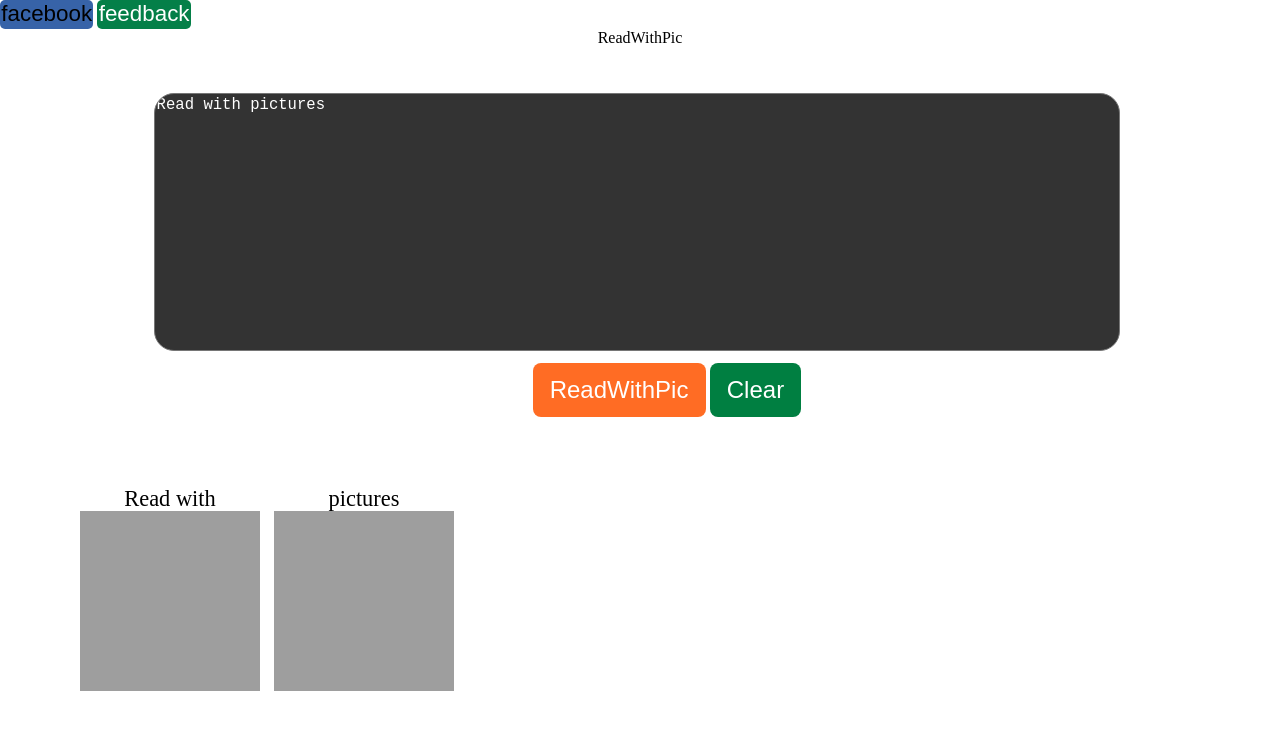
Repository: readwithpic/readwithpic.github.io
Page: index.html
The author's editor kept a record of every edit. The page is drawn from the files as they stood at one moment, then again after the next edit.
The browser window is 1280 px wide. The pictures show the whole page.
Pictures or frames that could not be fetched are drawn as grey boxes. Some web libraries are served in a nearby version.

Above is the page before.
Console error: TypeError: Cannot read properties of undefined (reading 'length')

### index.html
<!DOCTYPE html>
<html>
    <head>
        <meta charset="utf-8">
        <link rel="stylesheet" type="text/css" href="style.css" />
        <script src="https://ajax.googleapis.com/ajax/libs/jquery/2.1.3/jquery.min.js"></script>
        <script type="text/javascript" src="jscript.js"></script>
    </head>

    <body>
        <!-- <button type="button" id="feedback">Feedback</button>-->
        <!--Facebook Code-->
         <div class="social">
               <button type="button" class="facebook"><a href="http://readwithpic.github.io" class="bLink">facebook</a></button>
               <button type="button" class="feedback">feedback</button>
         </div>
        <div class="logo"><a href="http://readwithpic.github.io">ReadWithPic</a></div>
        <div id="textBox">
               <div>
                      <button type="button" id="roundB"><p class="msg">C..</p></button>
                      <button type="button" id="closeB"><p class="msg">X</p></button>
               </div>

                <div>
                    <textarea rows="10" cols="80" id="textInput" name="texthere">Read with pictures</textarea>
                </div>

                <div class="mainGroup">
                    <div class="group">
                        <div id="buttonSpin">
                            <div class="spinner">
                                <div class="bounce1"></div>
                                <div class="bounce2"></div>
                                <div class="bounce3"></div>
                            </div>
                        </div>
                         <button type="button" id="convert" >ReadWithPic</button>
                        <button type="button" id="clear">Clear</button>
                    </div>
                </div>
        </div>

        <div class="front">
            <ul>
                  <li class="showIt"><figure><img src="http://www.auburn.edu/academic/education/reading_genie/navig/read.gif" height=180 width=180>
                    <figcaption><p class='withPic'>Read with</p></figcaption></figure></li>
                      <li class="showIt"><figure><img src="https://pbs.twimg.com/profile_images/425063504039538688/sO0mRdKW.jpeg" height=180 width=180>
                    <figcaption><p class='withPic'>pictures</p></figcaption></figure></li>

            </ul>
        </div>
        <!--debug
          <button type="button" id="loadme">Load</button>
            <button type="button" id="debug">debug</button>
           -->
        <div id="display">
                 <ul>
                     <li id="listLoad">
                        <div id="loadingSpin">
                            <div class="spinner">
                                <div class="bounce1"></div>
                                <div class="bounce2"></div>
                                <div class="bounce3"></div>
                            </div>
                        </div>
                    </li>
                </ul>
            </div>
            <div><span id="sDebug"> </span><span id="what"></span></div>
    </body>
</html>

### style.css
html, body { height: 100%; width: 100%; margin: 0; }


.logo{
    text-align:center;
    cursor:hand;
}

.facebook{
   text-align:center;
   background-color: #3763A8;
   color: white;
   font-size: 1.4em;
   text-decoration: none;
   padding: 0.1% 0.1% ;
   border: none;
   border-radius:5px;
}


.facebook:hover{
    background-color:#3b5998;
}

.facebook:active{
    background-color:#3763A8;
}

.feedback{
   text-align:center;
   background-color: #047F48;
   color: white;
   font-size: 1.4em;
   text-decoration: none;
   padding: 0.1% 0.1% ;
   border: none;
   border-radius:5px;
}


.feedback:hover{
    background-color:#077F03;
}

.feedback:active{
    background-color:#047F48;
}



a:link {
    color:black;
    text-decoration: none;
}

a:visited {
    color:black;
    text-decoration: none;
}

a:hover {
    text-decoration: none;
}

a:active {
    text-decoration: none;

}

.fb-like{
    width:200px;
}

li {
    display: inline-block;
    text-align:center;
    height:250px;
    padding-left:-100px;
}

.showIt{
    display:inline-block;
}

img{
    margin-right:-70px;
    float:left;
    padding:0px 0px 0px 0px;
}

#searchbox {
    width:600px;
    height:200px;
}

p {
 display:inline;
}

.withPic{
    font-size:1.4em;
    position:relative;
    left:35px;
    top:-205px;
    z-index:-1;
}
.onlyText{
 margin-left:4px;
}

#sDebug{
    background-color:brown;
}

#what{
    background-color:red;
}

/*half page div box */
#textBox{
  position:absolute;
  width:100%;
  height:50%;
}

textarea{
    -webkit-overflow-scrolling: touch;
}

#textInput{
    color:white;
    font-size:1.2em;
    position:absolute;
    display:block;
    resize:none;
    top:13%;
    left:12%;
    width:75%;
    height:70%;
    background-color:#333333;
    -moz-border-radius: 10px;
    -webkit-border-radius: 10px;
    border-radius: 20px;

}

#textInput:focus{
  border-color: #FF6C24;
  outline:none;
}

.front{
    position:relative;
    top:60%;
}

.mainGroup {
    float:left;
    position:relative;
    top:88%;
    left:50%;
}

.group {
    width:215px;
    float:left;
    position:relative;
    left:-50%;
}


#convert  {
    display:inline-block;
    text-align:center;
    background-color: #FF6C24;
   -webkit-border-radius: 8px;
    -moz-border-radius: 8px;
    border-radius: 8px;
     color: white;
   font-size: 1.5em;
   text-decoration: none;
   padding: 6% 8% ;
   border: none;
   }

#convert:hover{
    background-color:#E55900;
}

#convert:active {
   background-color: #993D00;
   }

#convert:disabled{
background-color:#FFAA70;
}

#buttonSpin{
    position:absolute;
    margin-top:10%;
    margin-left:28%;
    display:none;
}

#clear{
    position:absolute;
    margin-left:4px;
    text-align:center;
    background-color: #007F41;
   -webkit-border-radius: 8px;
    -moz-border-radius: 8px;
    border-radius: 8px;
   color: white;
   font-size: 1.5em;
   text-decoration: none;
   padding: 6% 8% ;
   border: none;
   }

#clear:hover {
   background-color:  #00683B;
   }


#clear:active {
   background-color: #007F41;
   }

#roundB{
  position:fixed;
  top:1.5%;
  right:5%;
  width:50px;
  height:50px;
  background-color: #FF6C24;
  border-radius:50%;
  border: none;
  text-align:center;
  font-size:2em;
  color:white;
  display:none;
}

#roundB:hover{
    background-color:#E55900;
}
#roundB:active {
   background-color: #FF6C24;
   }


#closeB{
  position:fixed;
  top:1.5%;
  right:5%;
  width:50px;
  height:50px;
  background-color:#FF4024;
  border-radius:50%;
  border: none;
  text-align:center;
  font-size:2em;
  display:none;
}

#closeB:hover{
    background-color:#B20A00;
}
#closeB:active {
   background-color:#FF4024;
   }

/* Loading */
#listLoad{
  position:relative;
  width:180px;
  height:180px;
  display:none;
}

#loadingSpin{
    position:absolute;
    top:77px;
    left:67px;
    z-index:-2;
}


spinner {
  margin-left:100px;
  width: 70px;
  text-align: center;
}

.spinner > div {
  width: 15px;
  height: 15px;
  background-color: #333;
  border-radius: 100%;
  display: inline-block;
  -webkit-animation: bouncedelay 1.4s infinite ease-in-out;
  animation: bouncedelay 1.4s infinite ease-in-out;
  /* Prevent first frame from flickering when animation starts */
  -webkit-animation-fill-mode: both;
  animation-fill-mode: both;
}

.spinner .bounce1 {
  -webkit-animation-delay: -0.32s;
  animation-delay: -0.32s;
}

.spinner .bounce2 {
  -webkit-animation-delay: -0.16s;
  animation-delay: -0.16s;
}

/* loading end */

@-webkit-keyframes bouncedelay {
  0%, 80%, 100% { -webkit-transform: scale(0.0) }
  40% { -webkit-transform: scale(1.0) }
}

@keyframes bouncedelay {
  0%, 80%, 100% {
    transform: scale(0.0);
    -webkit-transform: scale(0.0);
  } 40% {
    transform: scale(1.0);
    -webkit-transform: scale(1.0);
  }
}

### jscript.js
var link = new Array();
var link2 = new Array();
var k, j, i, userInput, cleanSent, search, h, startNum, constantV, calNum;
var filterWords = ["is", "are", "all", "another", "any", "anybody", "anyone", "anything", "botheach", "each", "other", "either", "everybody", "everyone", "everything", "few", "he", "her", "hers", "herself", "him", "himself", "his", "it", "its", "itself", "many", "me", "mine", "more", "most", "much", "myself", "neither", "no", "one", "nobody", "none", "nothing", "another", "other", "others", "ours", "ourselves", "several", "she", "some", "somebody", "someone", "something", "their", "theirs", "them", "themselves", "these", "they", "this", "those", "us", "we", "what", "whatever", "which", "whichever", "who", "whoever", "whom", "whomever", "whose", "you", "your", "yours", "yourself", "yourselves", "that", "it's", "time", "person", "year", "way", "day", "thing", "man", "world", "life", "hand", "part", "child", "eye", "woman", "place", "work", "week", "case", "point", "government", "company", "number", "group", "problem", "fact", "be", "have", "do", "say", "get", "make", "go", "know", "take", "see", "come", "think", "look", "want", "give", "use", "find", "tell", "ask", "work", "seem", "feel", "try", "leave", "call", "good", "new", "first", "last", "long", "great", "little", "own", "other", "old", "right", "big", "high", "different", "small", "large", "next", "early", "young", "important", "few", "public", "bad", "same", "able", "to", "of", "in", "for", "on", "with", "at", "by", "from", "up", "about", "into", "over", "after", "beneath", "under", "above", "the", "and", "a", "that", "", "it", "not", "he", "as", "you", "this", "but", "his", "they", "her", "she", "or", "an", "will", "my", "one", "all", "would", "there", "their", "aboard", "about", "above", "across", "after", "against", "along", "amid", "among", "around", "as", "at", "before", "behind", "below", "beneath", "beside", "besides", "between", "beyond", "but", "by", "concerning", "considering", "despite", "down", "during", "except", "excepting", "excluding", "following", "for", "from", "in", "inside", "into", "like", "minus", "near", "of", "off", "on", "onto", "opposite", "outside", "over", "past", "per", "plus", "regarding", "round", "save", "since", "than", "through", "to", "toward", "towards", "under", "underneath", "unlike", "until", "up", "upon", "versus", "via", "with", "within", "without"];
var lastList, textInput, myScroll, loadList, count;
var $win, $doc, $list, $textArea, $roundB, $closeB,$buttonSpin;
//facebook

$(document).ready(function () {
    $list = $('li');
    textInput = $('#textInput');
    loadList = $('#listLoad');
    $win = $(window);
    $doc = $(document);
    $textArea = $('textarea');
    $roundB = $('#roundB');
    $closeB = $('#closeB');
    $buttonSpin=$('#buttonSpin');
    //$textArea.val("Read with pictures");
    $textArea.keyup(function () {
        if ($(this).val() && $('li').length > 1) {
            $('#convert').removeAttr('disabled');
        } else {
            $('#convert').attr('disabled', 'disabled');
        }
    });

    $('#convert').click(function () {
        //to avoid rapid click
        $('#convert').attr('disabled', 'disabled');
        $('.front').remove();
        //textarea control
        if (textInput.height() > 350) {
            $('#textInput').fadeOut('fast');
            $('.mainGroup').fadeOut('fast');
            $closeB.hide();
        } else {
            $('#textInput').slideUp('fast');
            $('.mainGroup').fadeOut('fast');
        }

        //grab appened list class showIt
        $('li').remove();
        //$(li).remove() removes everyting so loading is appeneded at first
        $('#display ul').append(loadList);
        //display loading
        loadList.show();
        //display round button
        $roundB.show('fast');
        $buttonSpin.show();
        count = 0;
        h = 0;
        j = 0;
        myScroll = 0;
        // default number of search images to be loaded at first
        startNum = 30;
        //constantV is assigned to calNum to load given number consistant images after each scroll
        calNum = startNum;
        link.length = 0;
        link2.length = 0;
        $('#what').empty();
        $('.onlyText').remove();
        userInput = $('textarea[name=texthere]').val();
        cleanSent = userInput.replace(/\s+/g, ' ');
        search = cleanSent.split(" ");
        callAjax(search[j]);
    });

    $('#clear').click(function () {
        $textArea.val('');
    });

    $('#roundB').click(function () {
        //display textBox at the middle of screen.
        $('#textInput').css({
            'position': 'fixed',
                'top': '11%',
                'left': '9%',
                'width': '80%',
                'height': '70%'
        });
        $('.mainGroup').css({
            'position': 'fixed',
                'top': '82%'
        });
        $('#textInput').fadeIn('fast');
        $('.mainGroup').fadeIn('fast');
        $('#closeB').show();
        $(this).hide();
    });

    //close button
    $('#closeB').click(function () {
        $('#textInput').fadeOut('fast');
        $('.mainGroup').fadeOut('fast');
        $roundB.show();
        $(this).hide();
    });

    $win.resize(function () {
        // load the rest of screen if the user reduce the zoom less than 100%
        if (lastList.offset().top < $win.height() && myScroll === 1) {
            myScroll = 1;
            $win.scroll();
        }
    });

    $win.scroll(function () {
        if ($win.scrollTop() + $win.height() > $doc.height() - $doc.height() / 4 && myScroll === 1 && j < search.length) {
            h = 0;
            //To reuse same Array link2
            link.length = 0;
            link2.length = 0;
            //load number of images after each scroll
            constantV = 10;
            //reintalize the calNum to display given constant number of images accross the screen
            calNum += constantV;
            callAjax(search[j]);
            myScroll = 0;
        } else if (j === search.length) {
            loadList.hide();
        }
    });

    //dubugging zone
    $('#debug').click(function () {
        $('#sDebug').append('<br>' + "Linklength1 : " + link.length + '<br>');
        $('#sDebug').append("Linklength2 : " + link2.length + '<br>');
        $("#sDebug").append("dubug j value :" + j + '<br>');
        $('#sDebug').append("dubug i value:" + i + '<br>');
        $('#sDebug').append("dubug count value:" + count + '<br>');
        $('#sDebug').append("dubug k value:" + k + '<br>');
    });
});

function callAjax(index) {
    var look = new URL('https://ajax.googleapis.com/ajax/services/search/images?v=1.0&q=' + index + '&callback=?');
    $.ajax({
        url: look,
        dataType: 'json',
        success: function (data) {
            if (data.responseData.results.length === 0) {
                if (j < startNum) {
                    link[j] = "http://upload.wikimedia.org/wikipedia/commons/9/98/MA_Route_blank.svg";
                    j++;
                } else {
                    link2[h] = "http://upload.wikimedia.org/wikipedia/commons/9/98/MA_Route_blank.svg";
                    j++;
                    h++;
                }
            } else {
                if (j < startNum) {
                    link[j] = data.responseData.results[0].url;
                    j++;
                } else {
                    link2[h] = data.responseData.results[0].url;
                    j++;
                    h++;
                }
            }
            //checked against the calNum to make sure it doesn't load images more then startNum(default number of images to be load at first)
            if (j < search.length && j < calNum) {
                callAjax(search[j]);
            } else {
                show();
            }
        }
    });
}

//function do display first 30 words
function show() {
    var loopNum;
    i = 0;
    //slideUp or fadeOut the textarea and button
    if (count === 0) {
        for (i; i < j; i++) {
            // $('#what').append( 'firstIvalue: ' + i);
            //indexOf(search[j]) returns -1 if the value is not present inside array search[j];
            //check if search[j] is not the first html list element
            if (filterWords.indexOf(search[i]) !== -1 && $list.length > 0) {
                $('.withPic').last().append('<p class=onlyText>' + search[i] + '</p>');
            } else {
                $('#display ul').append('<li class="showIt">' + '<figure>' + '<img src="' + link[i] + '" height=180 width=180>' +
                    '<figcaption>' + '<p class=withPic>' + search[i] + '</p>' + '</figcaption>' + '</figure>' + '</li>');
            }
        }
        $buttonSpin.hide();
        //get the last list edlement
        lastList = $('li:last').attr('class', 'showIt');

        //always put the loading at the last element
        $('#display ul').append(loadList);
        //disable this for loop
        count = 1;
        //initiate scroll
        myScroll = 1;
        //for bigger bigger resolution or screen to load more list element than intiated max startNum value
        if (lastList.offset().top < $win.height()) {
            $win.scroll();
        }

    } else {
        k = 0;
        //to run the loop if the value of constantV is less then link2.length.
        if (link2.length < constantV) {
            i = j - link2.length;
            loopNum = i + link2.length;
            //$('#what').append('<br>' + 'insideLOOPNUM: ' + loopNum);
            //Once value of j arrives here it'll be orginal value + constantV because callAjax function have already run twice
        } else {
            i = j - constantV;
            loopNum = i + constantV;
        }
        for (i; i < loopNum; i++) {
            //indexOf(search[j]) returns -1 if the value is not present inside array search[j];
            //check if search[j] is not the first html list element
            if (filterWords.indexOf(search[i]) !== -1 && $list.length > 0) {
                $('.withPic').last().append('<p class=onlyText>' + search[i] + '</p>');
            } else {
                $('#display ul').append('<li class="showIt">' + '<figure>' + '<img src="' + link2[k] + '" height=180 width=180>' +
                    '<figcaption>' + '<p class=withPic>' + search[i] + '</p>' + '</figcaption>' + '</figure>' + '</li>');
            }
            k++;
            //for debug purposes
            // $('#what').append('<br>' + 'insideIvalue: ' + i);
            // $('#what').append('<br>' + 'insideKvalue: ' + k);
            // $('#what').append('<br>' + 'insideJvalue: ' + j);
        }
        $('#display ul').append(loadList);
        myScroll = 1;
        if (lastList.offset().top < $win.height()) {
            $win.scroll();
        }
    }
}

After the next edit:
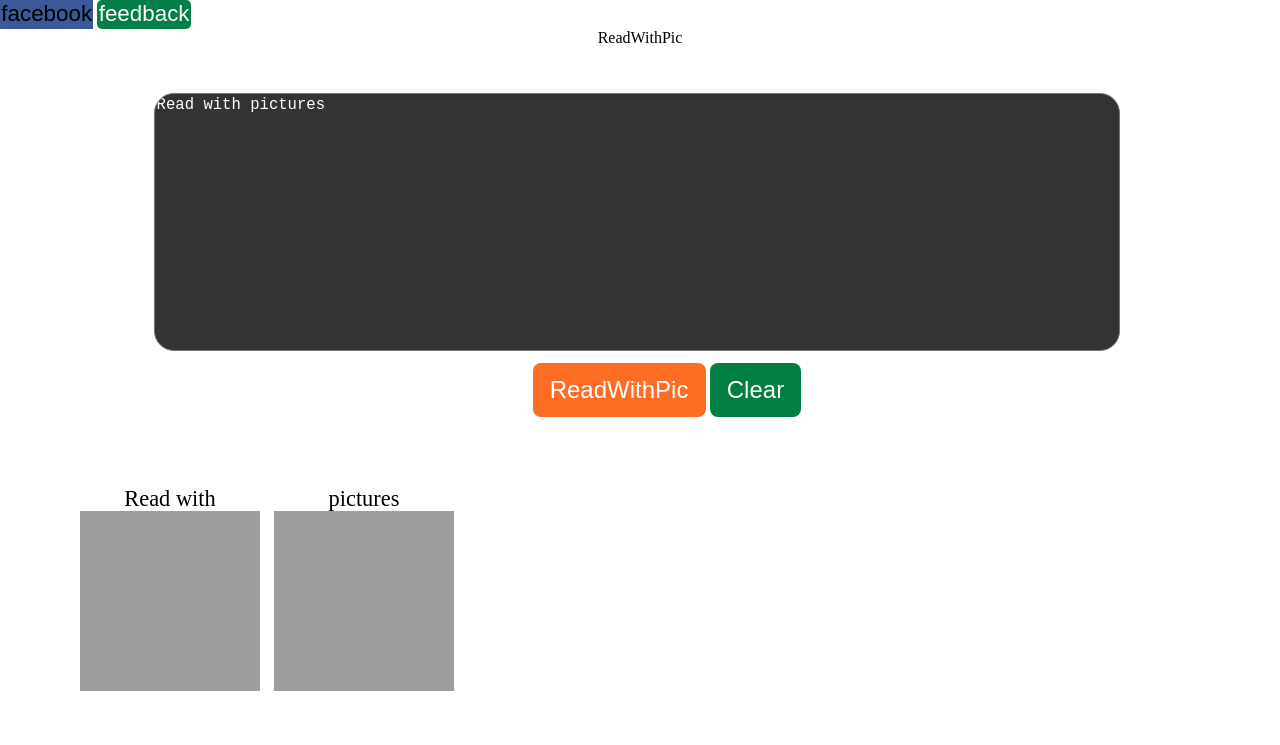
The edit:
--- a/style.css
+++ b/style.css
@@ -14,7 +14,7 @@
    text-decoration: none;
    padding: 0.1% 0.1% ;
    border: none;
-   border-radius:5px;
+
 }
 
 
